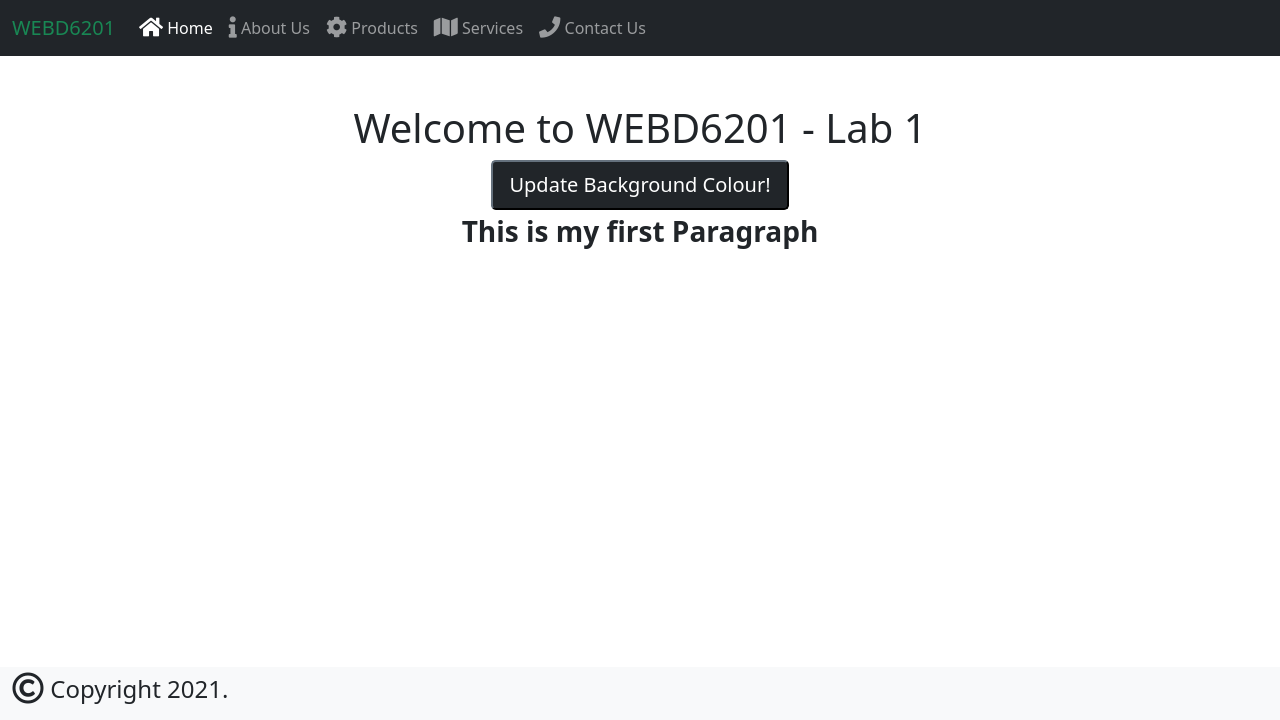
Repository: alto4/Lab-2-Nick-Scott-WEBD6201
Page: index.html
These files come from the project's save history. The page is drawn as it stood at one moment and after the next save; the edit follows.
The browser window is 1280 px wide. The pictures show the whole page.

Above is the page before, as saved 2021-01-31 13:53:20.

After the next save:
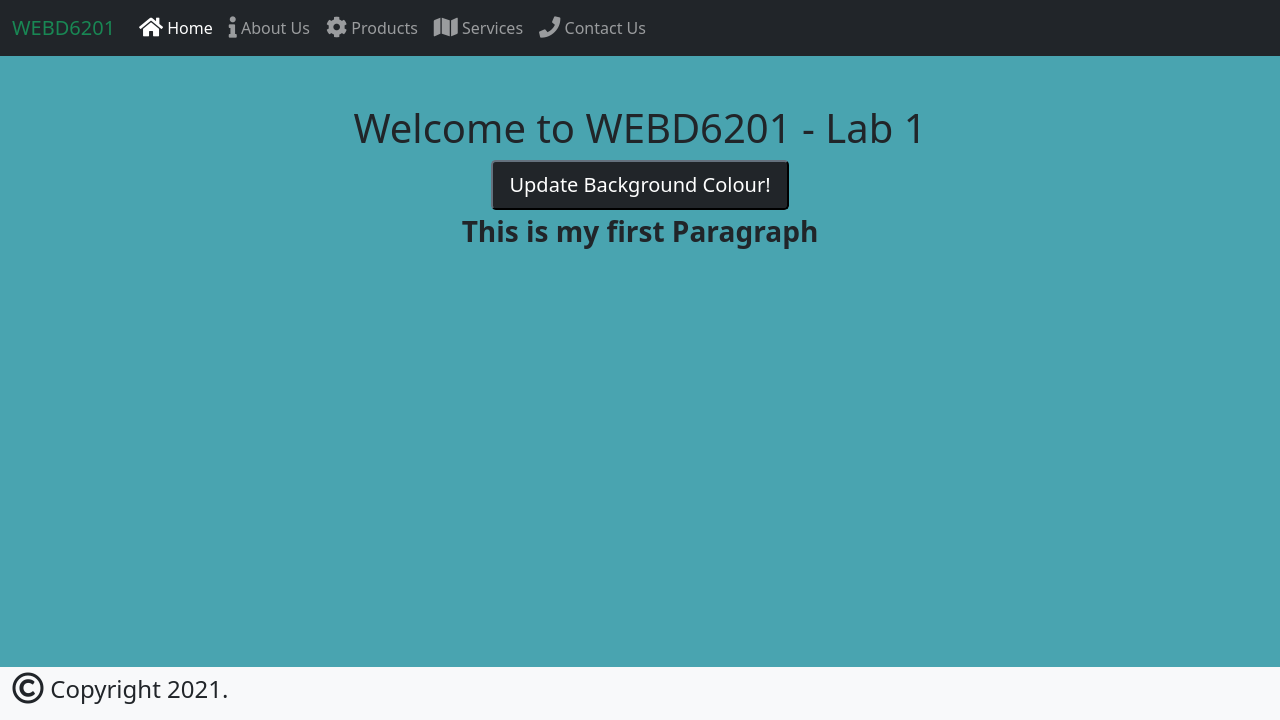
Saved 30 s later.
--- a/Scripts/app.js
+++ b/Scripts/app.js
@@ -28,7 +28,7 @@ let myContact =
         document.body.style.backgroundImage = "url('Assets/finnlogo.png')";
 
       }
-      document.body.style.backgroundColor = "coral blue";
+      document.body.style.backgroundColor = "#49A4B0";
       //document.querySelector("main").style.background = "url(../Assets/finnlogo.ico)";
 
         let paragraphOneText =
